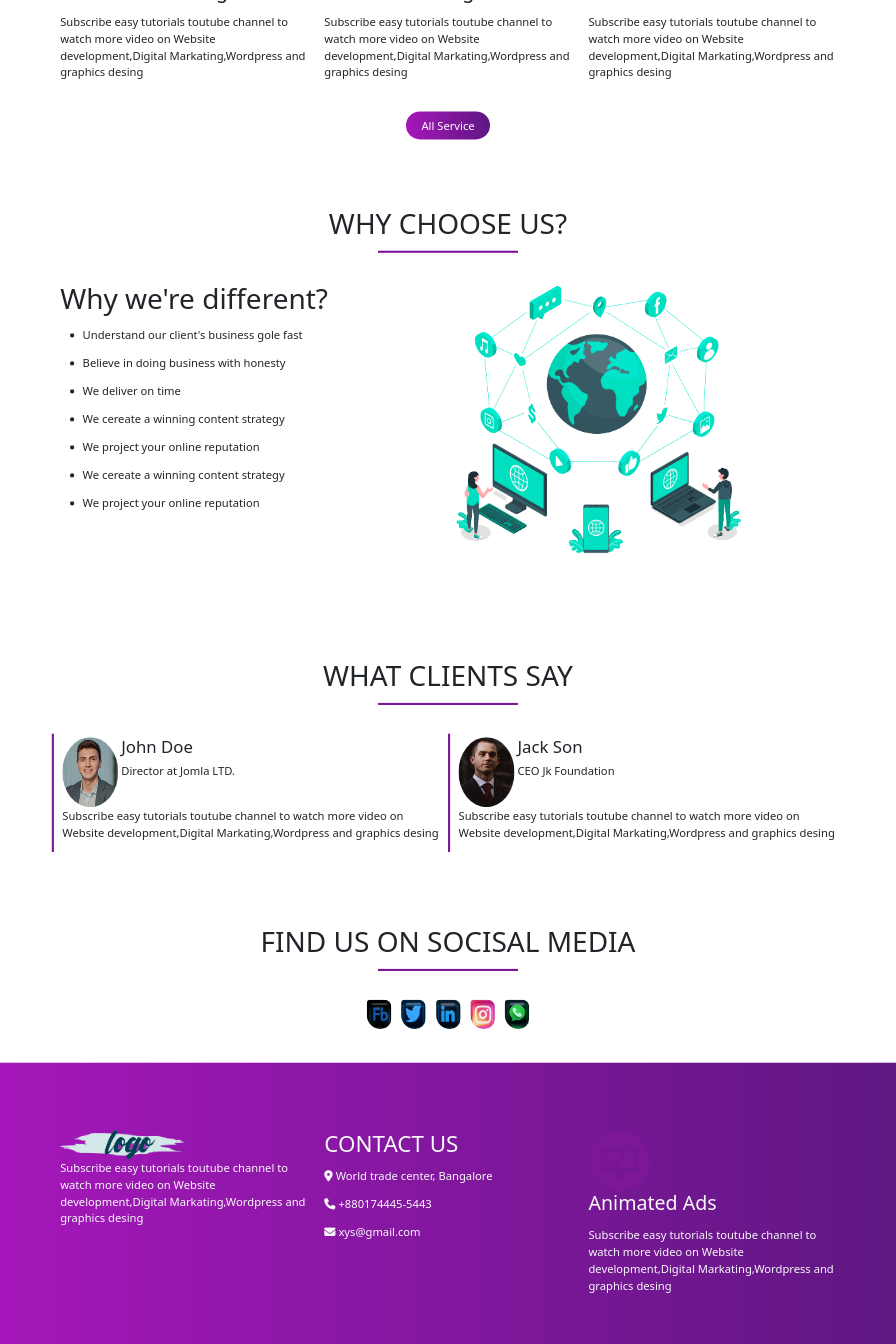
Repository: zjria/PSD-to-HTML-DIGITAL-AGENCY
Page: index.html
These files come from the project's save history. The page is drawn as it stood at one moment and after the next save; the edit follows.
The browser window is 1280 px wide. The pictures show the part of the page from y = 813 to 2733 px (the page is 2733 px tall before and 2688 px after), at 70% of full size.
Some web libraries are served in a nearby version.

Above is the page before, as saved 2022-05-11 23:12:07.

After the next save:
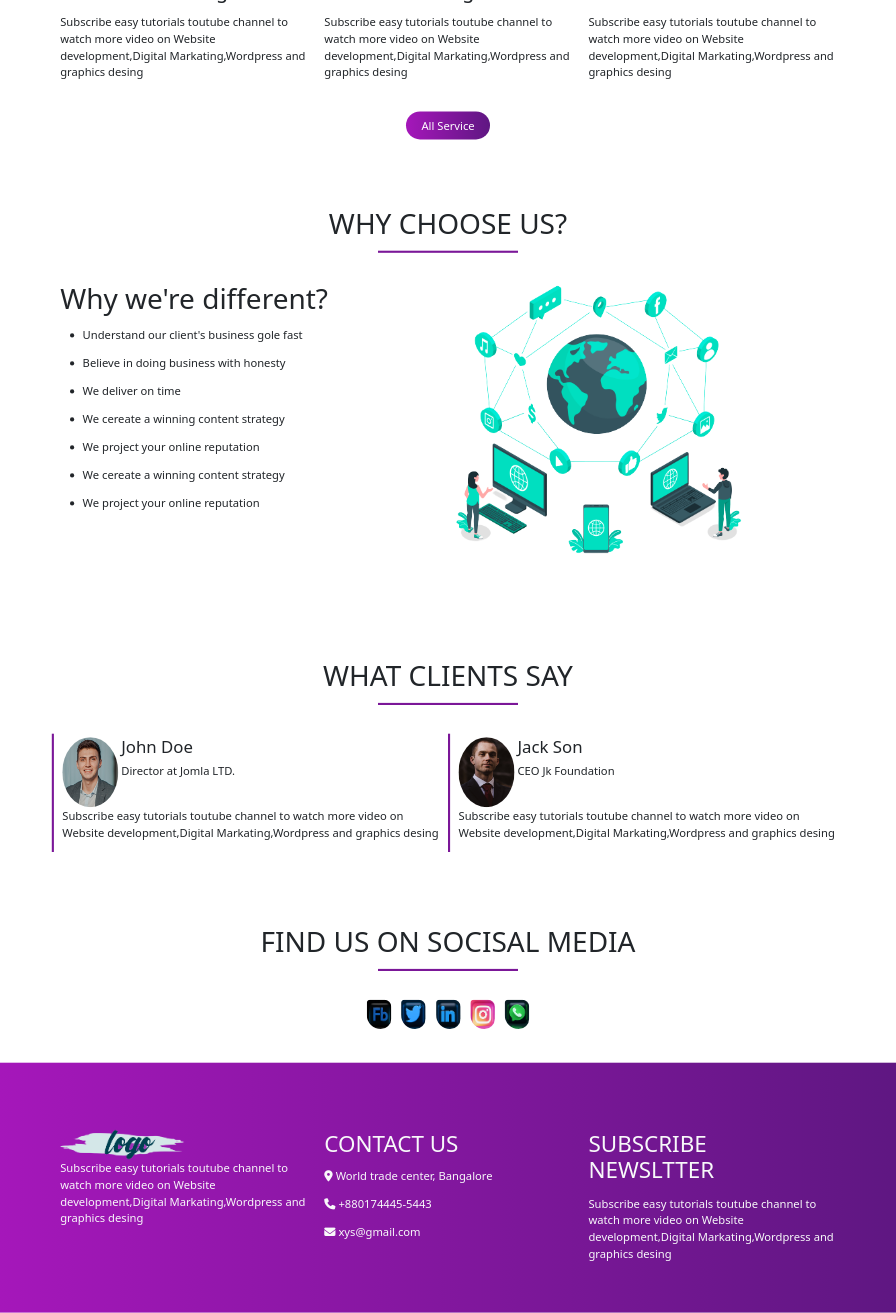
Saved 113 s later.
--- a/index.html
+++ b/index.html
@@ -191,8 +191,8 @@
             <p><i class="fa-solid fa-envelope"></i> xys@gmail.com</p>
           </div>
           <div class="col-12 col-md-4 mb-2">
-            <img src="img/service3.png" alt="" class="img-fluid w-25">
-            <h3 class="mb-3">Animated Ads</h3>
+
+            <h2 class="mb-3">SUBSCRIBE NEWSLTTER</h2>
             <p>
               Subscribe easy tutorials toutube channel to watch more video on Website development,Digital Markating,Wordpress and graphics desing</p>
           </div>
